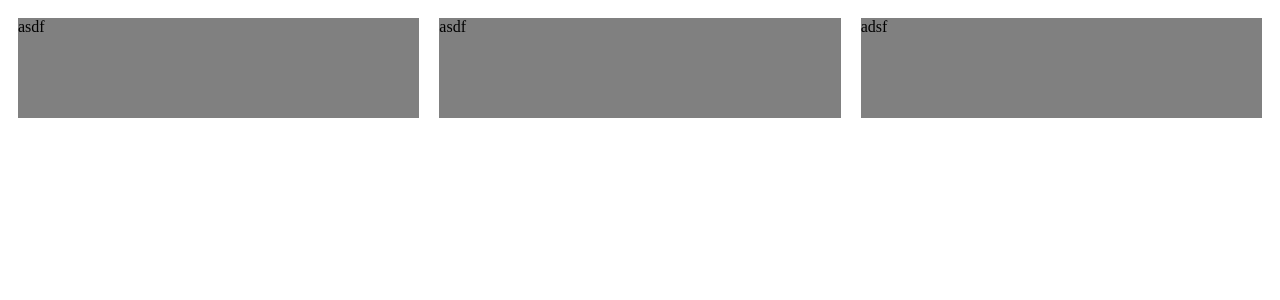
Repository: ervinne13/gg-basic-web-frontend-development
Page: modules/css/long-samples/grid-system-1.html
These files come from the project's save history. The page is drawn as it stood at one moment and after the next save; the edit follows.
The browser window is 1280 px wide. The pictures show the whole page.

Above is the page before, as saved 2019-07-04 17:52:03.

### modules/css/long-samples/grid-system-1.html
<html>
    <head>
        <style>
            .grid-container {
                max-width: 1280px;
                margin: 0 auto;
            }

            .grid-container .row {
                display: flex;
                /* flex-flow: row wrap; */
                justify-content: space-between;
            }

            .grid-container .row .col {
                flex-basis: 33.33%;
                width: 259px;
                padding: 10px;
            }

            .box {
                background-color: grey;
                width: 100%;
                min-height: 100px;;
            }
        </style>
    </head>
    <body>
        <div class="grid-container">
            <div class="row">
                <div class="col">
                    <div class="box">asdf</div>
                </div>
                <div class="col">
                    <div class="box">asdf</div>
                </div>
                <div class="col">
                    <div class="box">adsf</div>
                </div>
            </div>
        </div>
    </body>
</html>

After the next save:
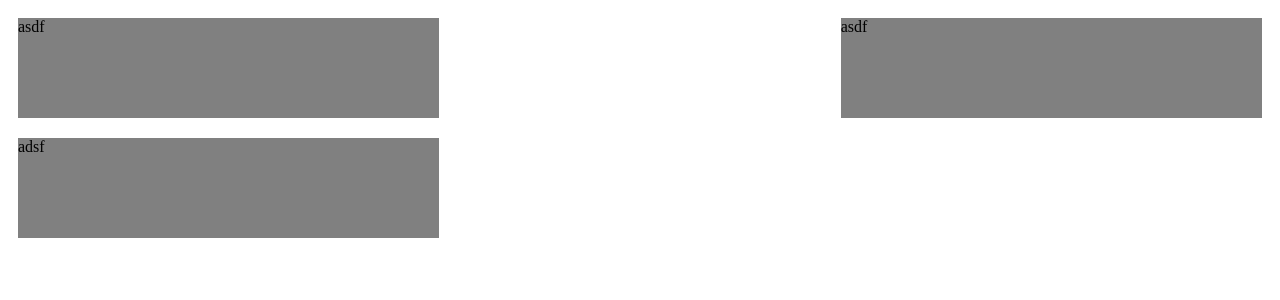
Saved 5 min 20 s later.
--- a/modules/css/long-samples/grid-system-1.html
+++ b/modules/css/long-samples/grid-system-1.html
@@ -8,7 +8,7 @@
 
             .grid-container .row {
                 display: flex;
-                /* flex-flow: row wrap; */
+                flex-flow: row wrap;
                 justify-content: space-between;
             }
 

After the save that followed:
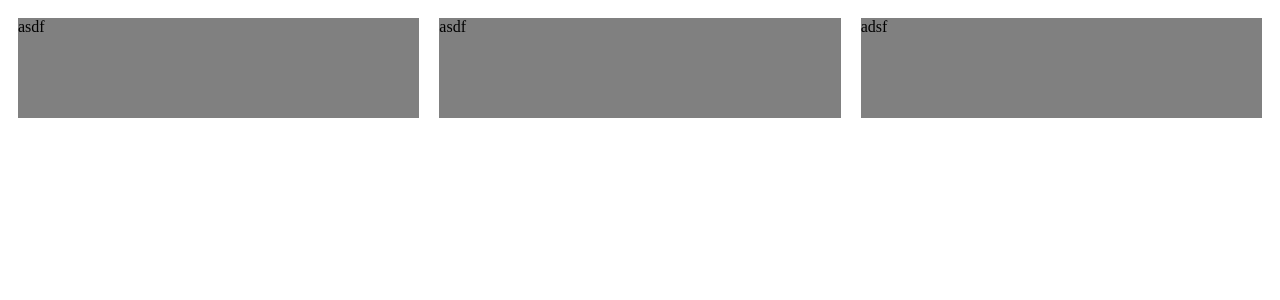
Saved 16 s later.
--- a/modules/css/long-samples/grid-system-1.html
+++ b/modules/css/long-samples/grid-system-1.html
@@ -8,7 +8,7 @@
 
             .grid-container .row {
                 display: flex;
-                flex-flow: row wrap;
+                /* flex-flow: row wrap; */
                 justify-content: space-between;
             }
 
